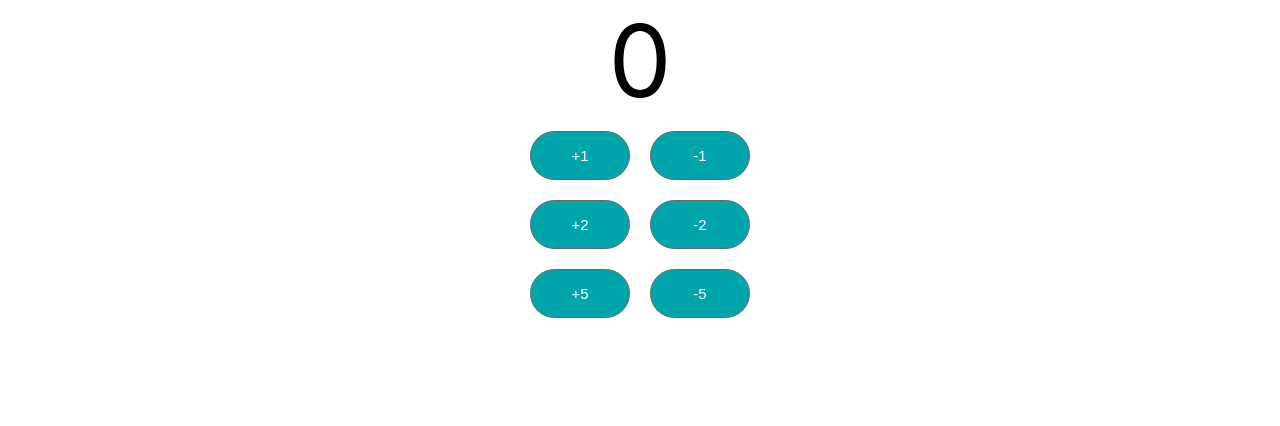
Repository: alexveremis/ReactWithRestAPI
Page: /login
These files come from the project's save history. The page is drawn as it stood at one moment and after the next save; the edit follows.
The browser window is 1280 px wide. The pictures show the whole page.
The project was rebuilt for these pictures with package versions that can differ from the ones it lists, and the page was loaded fresh each time.

Above is the page before, as saved 2023-11-03 12:52:28.

After the next save:
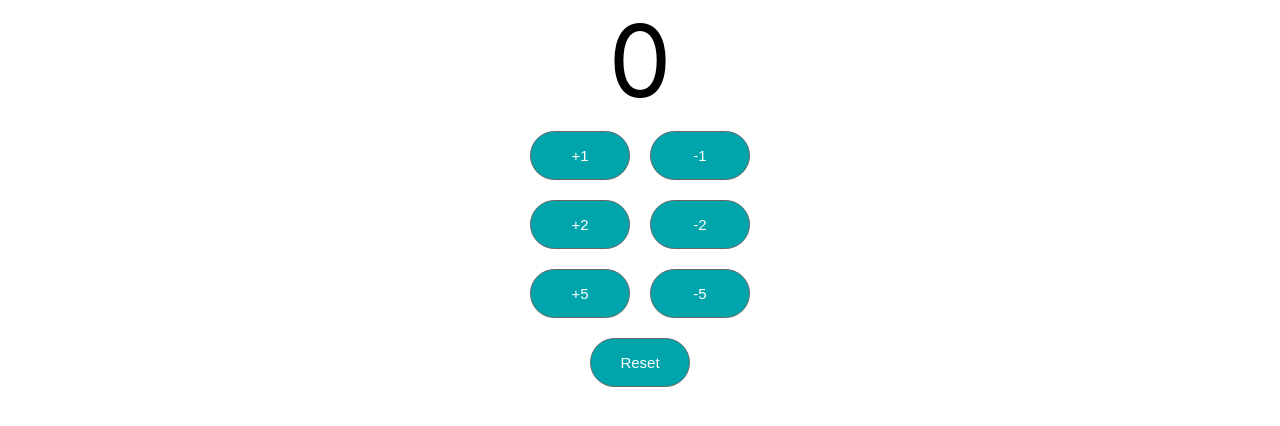
Saved 9 min 38 s later.
--- a/src/components/counter/Counter.jsx
+++ b/src/components/counter/Counter.jsx
@@ -9,13 +9,16 @@ export default function Counter() {
     function incrementCounterParentFunction(step) {
         setCount(count + step)
     }
-
+    function resetCounter() {
+        setCount(0)
+    }
     return(
         <>
             <span className="count">{count}</span>
             <CounterButton step={1} incrementMethod = {incrementCounterParentFunction}/>
             <CounterButton step={2} incrementMethod = {incrementCounterParentFunction}/>
             <CounterButton step={5} incrementMethod = {incrementCounterParentFunction}/>
+            <button className='counterButton' onClick={resetCounter}>Reset</button>
         </>
     )
 }
